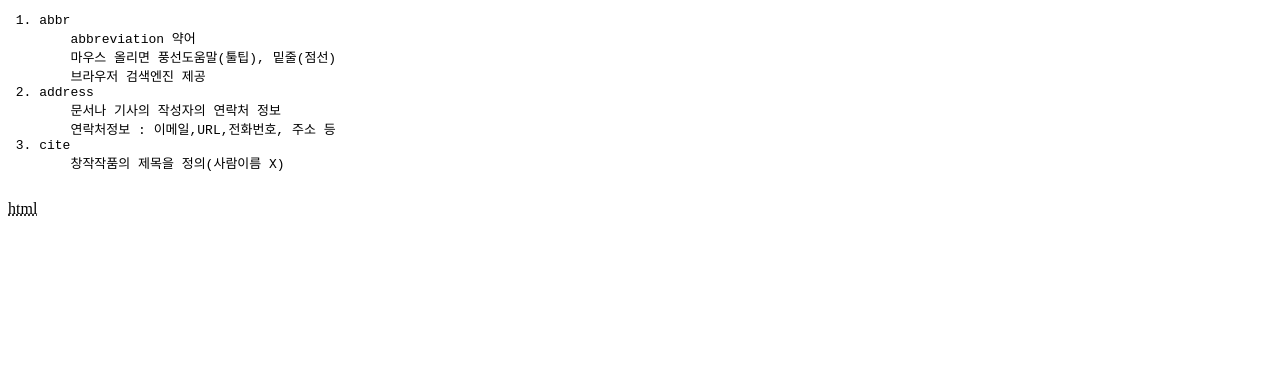
Repository: donggri1/WORKSPACE
Page: WebClass/webPro/src/main/webapp/html/days02/ex06_02.html
An editor plug-in stored every save of this project. The page is shown before and after the next save, followed by the edit.
The browser window is 1280 px wide. The pictures show the whole page.

Above is the page before, as saved 2024-03-25 03:14:01.

### WebClass/webPro/src/main/webapp/html/days02/ex06_02.html
<!DOCTYPE html>
<html>
<head>
<meta charset="UTF-8">
<title>Insert title here</title>
</head>
<body>

<pre>
 1. abbr
 	abbreviation 약어
 	마우스 올리면 풍선도움말(툴팁), 밑줄(점선)
 	브라우저 검색엔진 제공
 2. address
 	문서나 기사의 작성자의 연락처 정보
 	연락처정보 : 이메일,URL,전화번호, 주소 등
 3. cite
 	창작작품의 제목을 정의(사람이름 X)

</pre>

<abbr title="hypertext markup language">html</abbr>


</body>
</html>

After the next save:
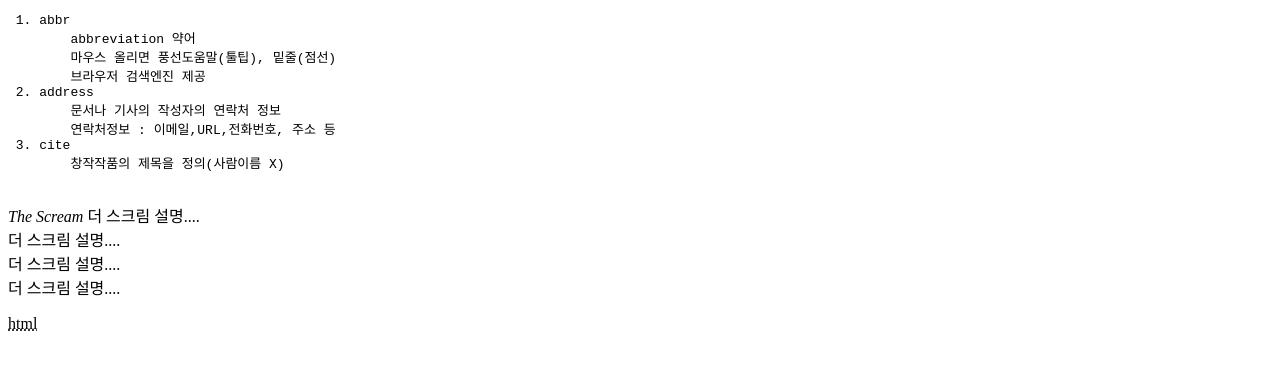
Saved 36 s later.
--- a/WebClass/webPro/src/main/webapp/html/days02/ex06_02.html
+++ b/WebClass/webPro/src/main/webapp/html/days02/ex06_02.html
@@ -19,6 +19,14 @@
 
 </pre>
 
+<p>
+
+	<cite>The Scream</cite>
+	더 스크림 설명....<br>
+	더 스크림 설명....<br>
+	더 스크림 설명....<br>
+	더 스크림 설명....<br>
+</p>
 <abbr title="hypertext markup language">html</abbr>
 
 
